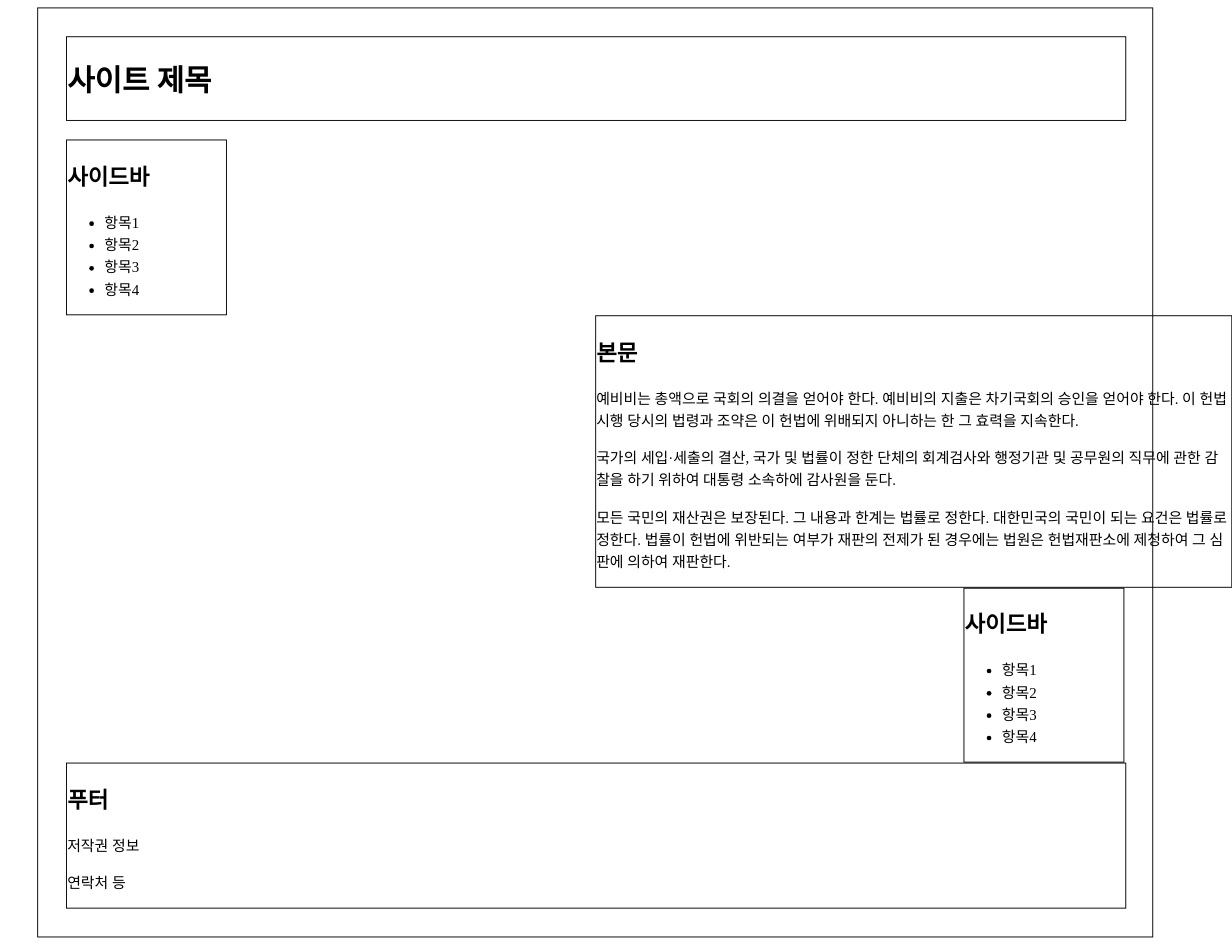
Repository: RyuJelly/java_web
Page: CSS/WebContent/3-layout.html
These files come from the project's save history. The page is drawn as it stood at one moment and after the next save; the edit follows.
The browser window is 1280 px wide. The page is 1325 px wide, then 1280 px, so the pictures cover 1325 px, including what lies to the right of the window. The pictures show the whole page, at 93% of full size.

Above is the page before, as saved 2021-03-08 07:40:23.

After the next save:
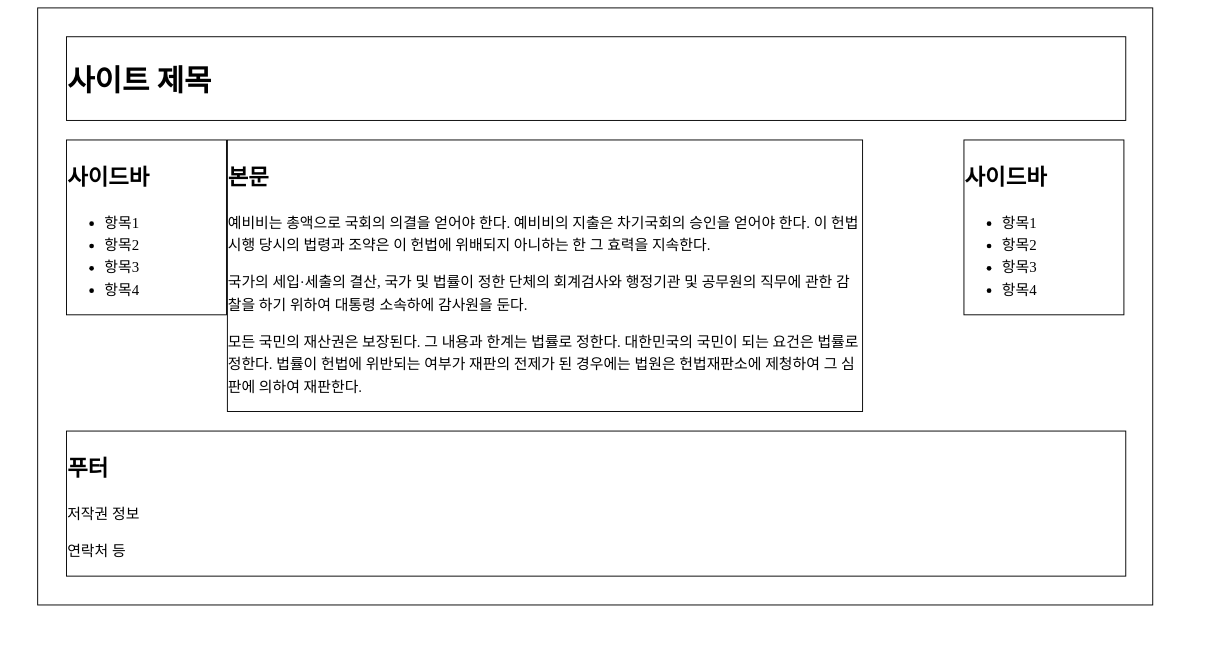
Saved 93 s later.
--- a/CSS/WebContent/3-layout.html
+++ b/CSS/WebContent/3-layout.html
@@ -32,8 +32,8 @@
 				height: 50%;
 				border: 1px solid;
 				float: left;
-				margin-left: 50%;
-				margin-right: auto;
+				margin-right: 20px;
+				margin-bottom: 20px;
 			}
 
 			#right-sidebar{
